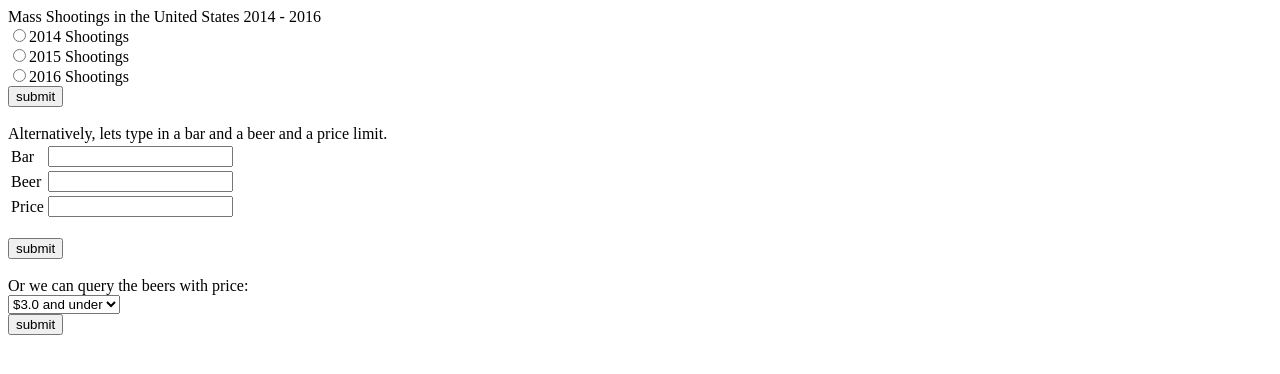
Repository: ryanmc174/dbSemesterProject
Page: http://localhost/cs336Final/
These files come from the project's save history. The page is drawn as it stood at one moment and after the next save; the edit follows.
The browser window is 1280 px wide. The pictures show the whole page.
The page is served by Tomcat 9.

Above is the page before, as saved 2016-11-28 18:41:23.

### TemplateProject1009.zip_expanded/cs336Final/WebContent/HelloWorld.jsp
<%@ page language="java" contentType="text/html; charset=ISO-8859-1"
    pageEncoding="ISO-8859-1"%>
<%@ page import="java.io.*,java.util.*,java.sql.*"%>
<%@ page import="javax.servlet.http.*,javax.servlet.*" %>

<!DOCTYPE html PUBLIC "-//W3C//DTD HTML 4.01 Transitional//EN" "http://www.w3.org/TR/html4/loose.dtd">
<html>
<head>
<meta http-equiv="Content-Type" content="text/html; charset=ISO-8859-1">
<title>Beer World</title>
</head>
<body>
Mass Shootings in the United States 2014 - 2016 <!-- the usual HTML way -->

<br>
 <!-- Show html form to i) display something, ii) choose an action via a
  | radio button -->
<form method="get" action="showshootings.jsp" enctype=text/plain>
    <!-- note the show.jsp will be invoked when the choice is made -->
	<!-- The next lines give HTML for radio buttons being displayed -->
  <input type="radio" name="command" value="MassShootings_2014"/>2014 Shootings
  <br>
  <input type="radio" name="command" value="MassShootings_2015"/>2015 Shootings
    <!-- when the radio for bars is chosen, then 'command' will have value
     | 'bars', in the show.jsp file, when you access request.parameters -->
  <br>
  <input type="radio" name="command" value="MassShootings_2016"/>2016 Shootings
  <br>
  <input type="submit" value="submit" />
</form>
<br>

Alternatively, lets type in a bar and a beer and  a price limit.
<br>
	<form method="post" action="newBeer.jsp">
	<table>
	<tr>
	<td>Bar</td><td><input type="text" name="bar"></td>
	</tr>
	<tr>
	<td>Beer</td><td><input type="text" name="beer"></td>
	</tr>
	<tr>
	<td>Price</td><td><input type="text" name="price"></td>
	</tr>
	</table>
	<br>
	<input type="submit" value="submit">
	</form>
<br>

Or we can query the beers with price:
<br>
	<form method="query" action="query.jsp">
		<select name="price" size=1>
			<option value="3.0">$3.0 and under</option>
			<option value="5.0">$5.0 and under</option>
			<option value="8.0">$8.0 and under</option>
		</select>&nbsp;<br> <input type="submit" value="submit">
	</form>
<br>

</body>
</html>

After the next save:
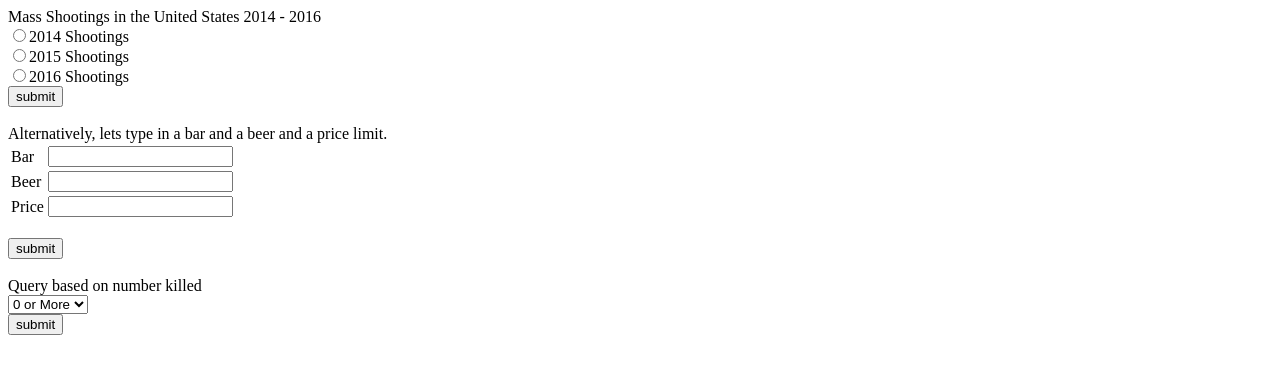
Saved 2 min 57 s later.
--- a/TemplateProject1009.zip_expanded/cs336Final/WebContent/HelloWorld.jsp
+++ b/TemplateProject1009.zip_expanded/cs336Final/WebContent/HelloWorld.jsp
@@ -49,13 +49,14 @@ Alternatively, lets type in a bar and a beer and  a price limit.
 	</form>
 <br>
 
-Or we can query the beers with price:
+Query based on number killed
 <br>
 	<form method="query" action="query.jsp">
 		<select name="price" size=1>
-			<option value="3.0">$3.0 and under</option>
-			<option value="5.0">$5.0 and under</option>
-			<option value="8.0">$8.0 and under</option>
+			<option value="0.0">0 or More</option>
+			<option value="2.0">3 or More</option>
+			<option value="5.0">5 or More</option>
+			<option value="8.0">8 or More</option>
 		</select>&nbsp;<br> <input type="submit" value="submit">
 	</form>
 <br>
